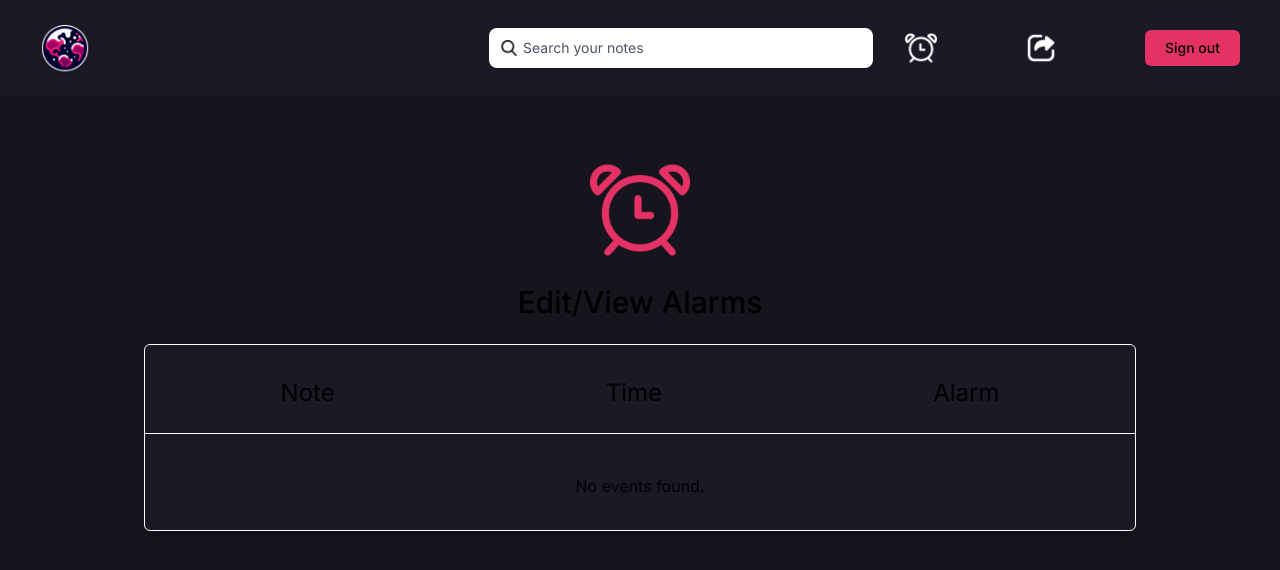
Repository: plan-it-earth/plan-it-earth
Page: /pages/alarm
These files come from the project's save history. The page is drawn as it stood at one moment and after the next save; the edit follows.
The browser window is 1280 px wide. The pictures show the whole page.
The project was rebuilt for these pictures with package versions that can differ from the ones it lists, and the page was loaded fresh each time. The framework's server and built-in components were replaced by stand-ins that run in the browser. Also part of the build but not shown: next.config.mjs, app/lib/Hooks/dbActions.js, app/Components/AlarmRow.tsx.

Above is the page before, as saved 2024-04-18 20:28:46.

After the next save:
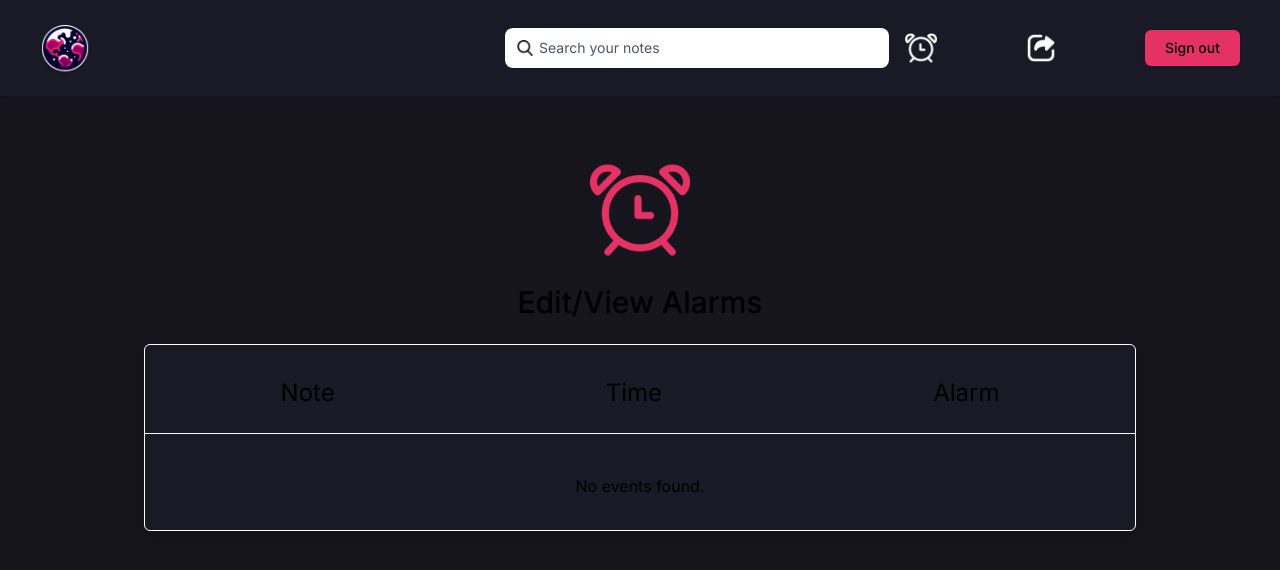
Saved 9 s later.
--- a/app/Components/Header.tsx
+++ b/app/Components/Header.tsx
@@ -43,8 +43,8 @@ export default function Header() {
         <div className="flex h-24 w-full px-2 py-5 bg-[#1A1926] shadow justify-around md:px-10">
             <div className="flex flex-row h-full items-center space-x-2 md:gap-20">
                 <Image onClick={routeToCalendar} src={logo} alt="Plan-It-Earth" height={50} width={50} className="h-30 w-30 mt-1 cursor-pointer hover:opacity-85 md:h-35 md:h-35"/>
-                <div className="hidden sm:w-48 sm:block"></div>
-                <div className="hidden sm: sm:block"></div>
+                <div className="hidden sm:w-28 sm:block"></div>
+                <div className="hidden sm:w-28 sm:block"></div>
             </div>
             {/*<div className="hidden w-24 lg:block"></div>*/}
             <Search />
